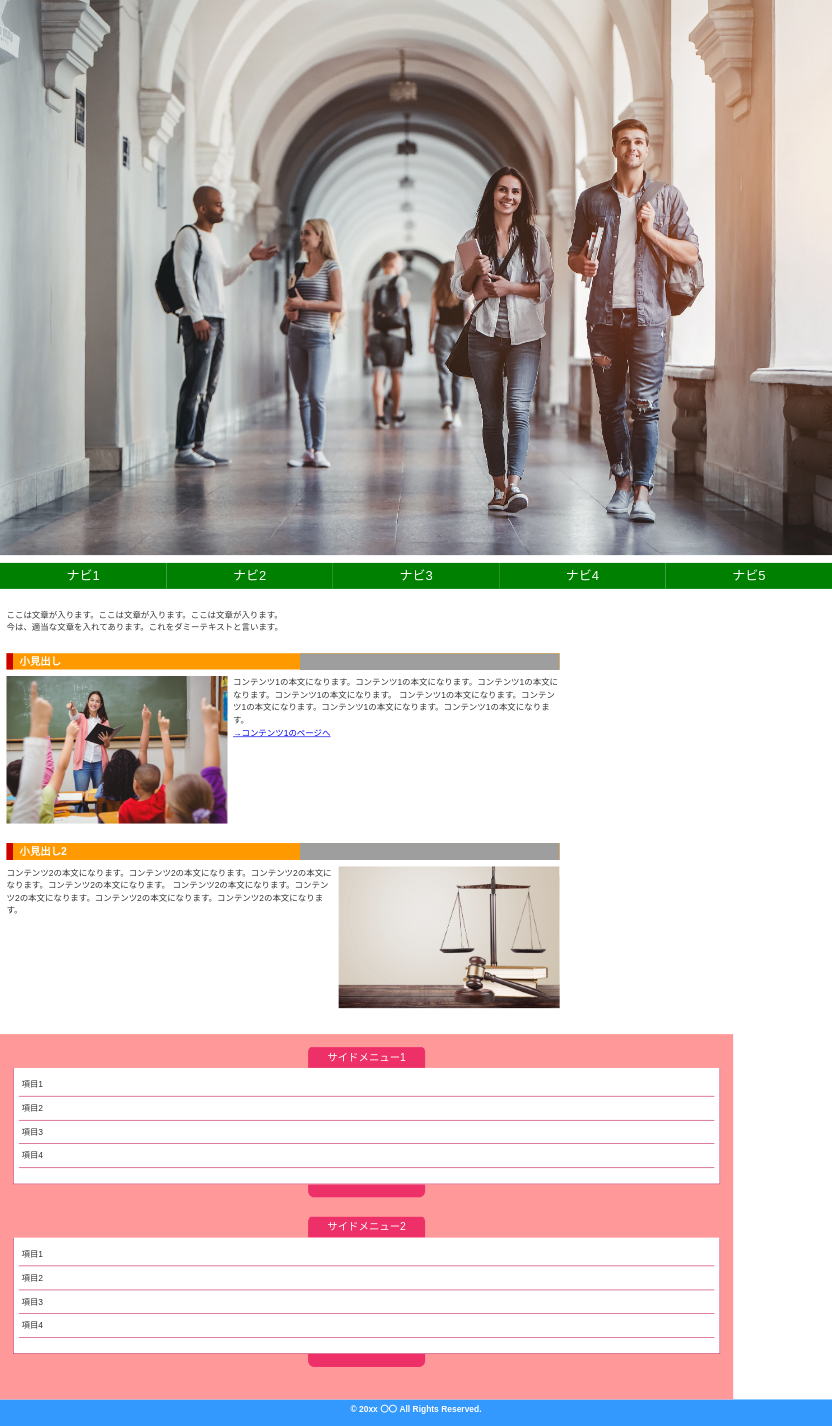
Repository: mizuki520/samurai_HTML-CSS
Page: home.html
The author's editor kept a record of every edit. The page is drawn from the files as they stood at one moment, then again after the next edit.
The browser window is 1280 px wide. The pictures show the whole page, at 65% of full size.
Pictures or frames that could not be fetched are drawn as grey boxes.

Above is the page before.

### home.html
<!DOCTYPE html>
<html lang="ja">
    <head>
        <meta charset="UTF-8">
        <title>HTML/CSSの学習</title>
        <link rel="stylesheet" href="stylesheet.css"
    </head>
    <body>
        <div id="header">
            <h1><a href="index.html"><img id="corridor" src="images/corridor.jpg" alt="大学の廊下"　/></a></h1>
        </div>
        <div id="wrapper">
            <div id="nav">
                <ul>
                    <li><a href="home.html">ナビ1</a></li>
                    <li><a href"#">ナビ2</a></li>
                    <li><a href"#">ナビ3</a></li>
                    <li><a href"#">ナビ4</a></li>
                    <li><a href"#">ナビ5</a></li>
                </ul>
            </div>
            <div id="container">
                <div id="main">
                    <div class="post">
                        <p>ここは文章が入ります。ここは文章が入ります。ここは文章が入ります。<br/>今は、適当な文章を入れてあります。これをダミーテキストと言います。</p>
                        </div>
                        <div class="post clearfix">
                            <h2>小見出し</h2>
                            <img class="left" src="images/classroom.jpg" ait="授業風景" />
                            <p>
                                コンテンツ1の本文になります。コンテンツ1の本文になります。コンテンツ1の本文になります。コンテンツ1の本文になります。
                                コンテンツ1の本文になります。コンテンツ1の本文になります。コンテンツ1の本文になります。コンテンツ1の本文になります。
                            </p>
                            <p><a href="#">→コンテンツ1のページへ</a></p>
                        </div>
                        <div class="post clearfix">
                            <h2>小見出し2</h2>
                            <img class="right" src="images/scale.jpg" alt="天秤" />
                        <p>
                            コンテンツ2の本文になります。コンテンツ2の本文になります。コンテンツ2の本文になります。コンテンツ2の本文になります。
                            コンテンツ2の本文になります。コンテンツ2の本文になります。コンテンツ2の本文になります。コンテンツ2の本文になります。
                        </p>
                    </div>
            </div>
            </div>
            <div id="side">
                <div class="box">
                    <h2>サイドメニュー1</h2>
                    <div class="boxBody">
                        <ul>
                            <li>項目1</li>
                            <li>項目2</li>
                            <li>項目3</li>
                            <li>項目4</li>
                        </ul>
                    </div>
                </div>
                <div class="box">
                    <h2>サイドメニュー2</h2>
                    <div class="boxBody">
                        <ul>
                            <li>項目1</li>
                            <li>項目2</li>
                            <li>項目3</li>
                            <li>項目4</li>
                        </ul>
                        </div>
                </div>
            </div>
        </div>
        <div id="footer">
            <p>&copy; 20xx 〇〇 All Rights Reserved.</p>
        </div>
    </body>
</html>

### stylesheet.css
@charset "utf-8";
body{
    margin:0;
    padding:0;
    font-family:"ヒラギノ角ゴ Pro W3","Hiragino Kaku Gothic Pro", "メイリオ",Meiryo,Osaka,"MS Pゴシック","MS PGothic",sans-serif;
    color:#333;
    font-size:13px;
    line-height:150%;
}
/*----------------wrapper----------------*/
#wrapper{

    width:100%;
    margin:auto;
    padding:0px;
    border:0px;
    background-color:#FFF;
    top: 10px;
    position: relative;
}
/*----------------header----------------*/
#header {
    width: 100%;
}
#header h1 {

    margin: 0;
    padding: 0;
}

#corridor{
    width: 100%;
    height: auto;
}
/*----------------footer----------------*/
#footer {
    clear: both;
    width: 100%;
    padding: 3px 0 3px 0;
    background: #39F;
    color: #FFF;
    font-weight: bold;
    text-align: center;
}
/*----------------nav----------------*/
#nav{
    width: 100%
}
#nav ul{
    display: flex;
    margin: 0;
    padding: 0;
    list-style-type: none;
}
#nav ul li{
    width: 20%;
    text-align: center;
}
#nav ul li a {
    display: block;
    height: 20px;
    margin: 0;
    padding: 10px;
    color: #FFF;
    font-size: 20px;
    text-decoration: none;
    background-color: green
}
#nav ul li a:hover {
        filter: drop-shadow(10px 10px 10px black);
    }

/*----------------container----------------*/
#container{
    width: 100%;
    margin: auto;
    padding: auto;
    padding-top: 20px;
    clear: both;
    display: grid;
    grid-template-columns: 70vw 30vw;
}
/*----------------main----------------*/
#main{
    width: 95%;
    padding: 10px 30px 10px 10px;
}
#main h2 {
    margin: 0 0 10px 0;
    padding:  3px 10px 3px 10px;
    color: #FFF;
    font-size: 16px;
    border-left: solid 10px #C00;
    background: #F90 url(../images/main_h2.jpg) right top repeat-y;
}
#main p {
    margin: 0;
    padding: 0;
}
#main .post {
    margin: 0 0 30px 0;
}
#main .post img.right {
    margin: 0 0 0 8px;
}
#main .post img.left {
    margin: 0 8px 0 0;
}
.right {
    float: right;
    width: 40%;
    height: auto;
}
.left {
    float: left;
    width: 40%;
    height: auto;
}

/*----------------clearfix----------------*/
.clearfix {
    zoom: 1;
}
.clearfix:after{
    content: "";
    display: block;
    clear: both;
}

/*----------------side----------------s*/
#side {
    width: 85%;
    padding: 20px;
    background-color: #F99;
}
#side .box {
    margin: 0 auto 30px auto;
    padding: 0 0 20px 0;
    background: url(images/side_box.png) bottom no-repeat;
}
#side .box h2 {
    margin: 0;
    padding: 8px;
    text-align: center;
    color: #fff;
    font-size: 16px;
    line-height: 16px;
    font-weight: normal;
    background: url(images/side_box_h2.png) center no-repeat;
}
#side .box .boxBody {
    padding: 8px;
    border-right: solid 1px #C36;
    border-bottom: solid 1px #C36;
    border-left: solid 1px #C36;
    background: #fff;
}
#side .box .boxBody ul {
    margin: 0 0 16px 0;
    padding: 0;
}
#side .box .boxBody ul li {
    padding:  8px 0 8px 4px;
    list-style: none;
    border-bottom:  solid 1px #C36;
}

#side .box .boxBody ul li:hover {
    padding: 8px 0 8px 4px;
    list-style: none;
    border-bottom:  solid 1px #C36;
    box-shadow: 0px 4px 4px rgba(0, 0, 0, 0.3);
}

After the next edit:
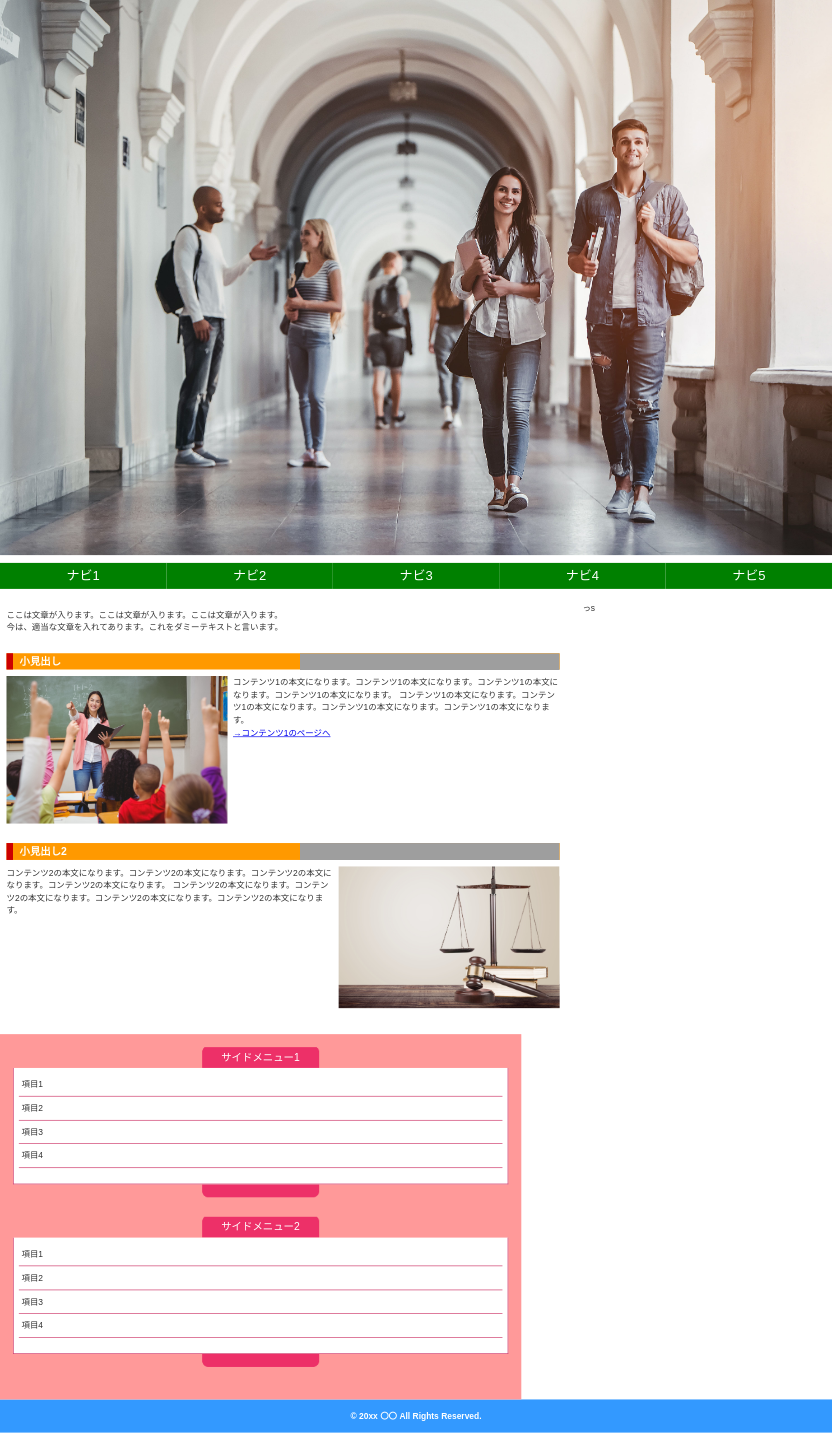
The edit:
--- a/home.html
+++ b/home.html
@@ -41,8 +41,7 @@
                             コンテンツ2の本文になります。コンテンツ2の本文になります。コンテンツ2の本文になります。コンテンツ2の本文になります。
                         </p>
                     </div>
-            </div>
-            </div>
+            </div>っs
             <div id="side">
                 <div class="box">
                     <h2>サイドメニュー1</h2>
